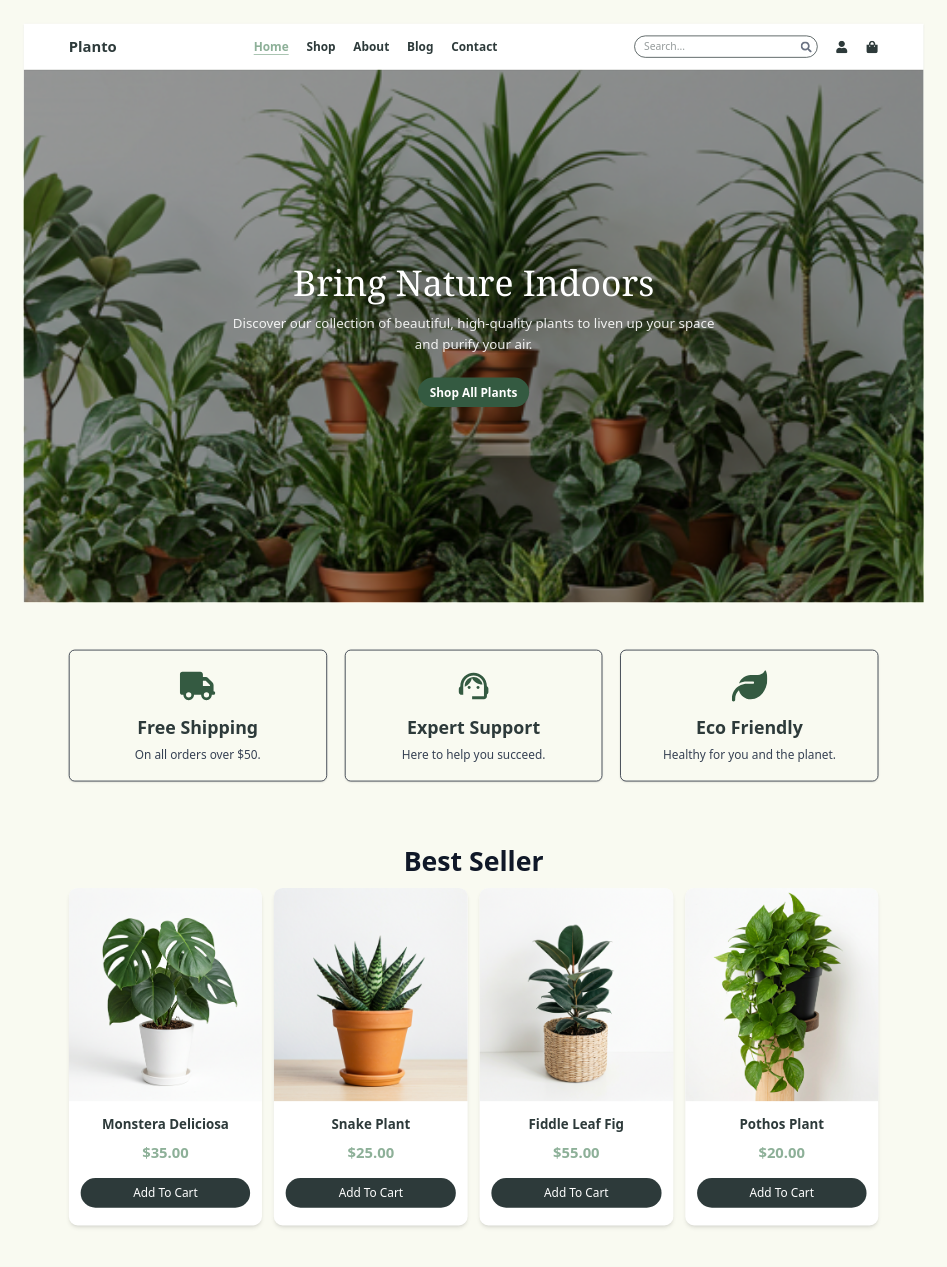
Repository: mazenessam99/Planto
Page: /
An editor plug-in stored every save of this project. The page is shown before and after a run of saves, followed by the edit.
The browser window is 1280 px wide. The pictures show the whole page, at 74% of full size.
The project was rebuilt for these pictures with package versions that can differ from the ones it lists, and the page was loaded fresh each time. Also part of the build but not shown: vite.config.js.

Above is the page before, as saved 2025-11-22 23:24:56.

### index.html
<!doctype html>
<html lang="en">
  <head>
    <meta charset="UTF-8" />
    <link rel="icon" type="image/svg+xml" href="/vite.svg" />
    <meta name="viewport" content="width=device-width, initial-scale=1.0" />
    <title>plants_website</title>
  </head>
  <body>
    <div id="root"></div>
    <script type="module" src="/src/main.jsx"></script>
  </body>
</html>

### src/index.css
@import "tailwindcss";
@import "tailwindcss/theme" layer(theme);
@theme {
  --color-primary: #2D3A3A;
  --color-forest:#386641;
  --color-green:#345A41;
  --color-secondary: #8DB098;
  --color-Terracotta: #C27357;
  --color-sky:#B0D0D3;
  --font-cairo: "Cairo", sans-serif;
  --spacing-128: 32rem;
}

/* ----- BASE ----- */
@layer base {
  body {
    @apply  bg-[#F9FAF1] text-gray-900;
  }
}

/* ----- COMPONENTS ----- */
@layer components {
  .btn {
    @apply bg-primary text-white px-4 py-2 rounded-full cursor-pointer ;
  }
  .btn-green{
    @apply bg-green ;
  }

  .card {
    @apply bg-white p-6 rounded-xl shadow;
  }

}
/* Scrollbar width */
::-webkit-scrollbar {
  width: 8px;
}

/* Scrollbar track  */
::-webkit-scrollbar-track {
  background: #2D3A3A;
  border-radius: 8px;
}

/* Scrollbar thumb  */
::-webkit-scrollbar-thumb {
  background-color: #8DB098;
  border-radius: 8px;
}

::-webkit-scrollbar-thumb:hover {
  background-color: #789983;
}

.container{
  width:90%;
  margin:0 auto;
}

### src/App.jsx

import './App.css'
import Button from './components/ui/Button'
import Home from './pages/Home'

function App() {


  return (
    <>
      <Home/>


    </>
  )
}

export default App

### src/components/ui/Button.jsx
const Button = ({ children, className = "",variant="", ...props }) => {
    return (
        <button className={`btn btn-${variant} ${className}`} {...props}>
            {children}
        </button>
    )
}

export default Button

### src/pages/Home.jsx
import BestSeller from '../components/layout/BestSeller'
import DeliveryCard from '../components/layout/DeliveryCard'
import Hero from '../components/layout/Hero'
import Navbar from '../components/layout/Navbar'

const Home = () => {
  return (
    <div>
        <Navbar/>
        <Hero/>
        <DeliveryCard/>
        <BestSeller/>
    </div>
  )
}

export default Home

### src/components/layout/BestSeller.jsx
import React from 'react'
import { BESTSELLER_CARDS } from '../../utils/constants';
import ProductCard from '../ui/ProductCard';

const BestSeller = () => {
  return (
    <section className='container py-6'>
        <h2 className="text-4xl text-center font-bold mb-4">Best Seller</h2>
        <div className='grid grid-cols-1 sm:grid-cols-2 lg:grid-cols-4 gap-4'>
            {BESTSELLER_CARDS.map((card,index)=>(
                <ProductCard src={card.src} title={card.title} price={card.price}/>
        ))}
        </div>

    </section>
  )
}

export default BestSeller;

### src/components/layout/DeliveryCard.jsx
import { motion } from "framer-motion";
import { DELIVERY_CARDS } from "../../utils/constants";
import { FaTruck, FaLeaf } from "react-icons/fa6";
import { MdSupportAgent } from "react-icons/md";

const icons = {
  truck: <FaTruck />,
  support: <MdSupportAgent />,
  leaf: <FaLeaf />,
};

const DeliveryCards = () => {
  return (
    <section className="container py-16">
      <div className="grid grid-cols-1 sm:grid-cols-2 lg:grid-cols-3 gap-6">
        {DELIVERY_CARDS.map((card, index) => (
          <div key={card.id} className="flex flex-col items-center justify-center text-center p-6 border rounded-lg shadow hover:shadow-lg  transition">
            <div className="text-5xl text-green">
              {icons[card.icon]}
            </div>
            <h3 className="mt-4 mb-2 font-bold text-xl md:text-2xl text-primary">{card.title}</h3>
            <p className="text-gray-700 ">{card.desc}</p>
          </div>
        ))}

      </div>
    </section>
  );
};

export default DeliveryCards;

### src/components/layout/Hero.jsx
import { motion } from "framer-motion";
import HeroImg from "../../assets/images/Hero.png";
import Button from "../ui/Button";

const Hero = () => {
  return (
    <section
      className="relative h-screen overflow-hidden"
    >

      <motion.div
        className="absolute inset-0 bg-cover bg-center"
        style={{ backgroundImage: `url(${HeroImg})` }}
        animate={{ scale: [1, 1.05, 1] }}
        transition={{ duration: 10, repeat: Infinity, ease: "easeInOut" }}
      />

      {/* Overlay */}
      <div className="absolute inset-0 bg-black/40"></div>

      <div className="relative z-10 flex flex-col items-center justify-center h-full px-4 md:px-0 space-y-4 text-center">
        <motion.h1
          initial={{ y: -20, opacity: 0 }}
          animate={{ y: 0, opacity: 1 }}
          transition={{ duration: 0.8 }}
          className="text-white text-2xl md:text-4xl lg:text-5xl font-serif"
        >
          Bring Nature Indoors
        </motion.h1>

        <motion.h2
          initial={{ y: 20, opacity: 0 }}
          animate={{ y: 0, opacity: 1 }}
          transition={{ duration: 0.8, delay: 0.3 }}
          className="text-white/90 text-sm md:text-base lg:text-lg max-w-2xl font-normal"
        >
          Discover our collection of beautiful, high-quality plants to liven up your space and purify your air.
        </motion.h2>

        <motion.div
          initial={{ scale: 0.8, opacity: 0 }}
          animate={{ scale: 1, opacity: 1 }}
          transition={{ duration: 0.5, delay: 0.6 }}
        >
          <Button className="btn-green font-bold mt-4">Shop All Plants</Button>
        </motion.div>
      </div>
    </section>
  );
};

export default Hero;

### src/components/layout/Navbar.jsx
import { useState } from "react";
import { NavLink } from "react-router-dom";
import { NAVBAR_LINKS } from "../../utils/constants";
import { FaBars, FaSearch, FaUser, FaShoppingBag } from "react-icons/fa";
import { IoClose } from "react-icons/io5";
import { motion, AnimatePresence } from "framer-motion";

const Navbar = () => {
    const [menuOpen, setMenuOpen] = useState(false);

    return (
        <nav className="bg-white shadow sticky top-0 z-50 ">
            <div className="container flex justify-between items-center py-4">
                {/* Logo */}
                <a href="/" className="text-primary text-xl font-bold">Planto</a>

                {/* Desktop Links */}
                <ul className="hidden md:flex gap-6 items-center">
                    {NAVBAR_LINKS.map((link) => (
                        <li key={link.id}>
                            <NavLink
                                to={link.path}
                                className={({ isActive }) =>
                                    `text-primary font-semibold transition hover:text-secondary
                                ${isActive ? "text-secondary underline underline-offset-4" : ""}`
                                }
                            >
                                {link.label}
                            </NavLink>
                        </li>
                    ))}
                </ul>

                {/* Desktop Icons + Search */}
                <div className="hidden md:flex gap-6 items-center text-primary">
                    {/* Search input */}
                    <div className="relative">
                        <input
                            type="text"
                            placeholder="Search..."
                            className="border rounded-full pl-3 pr-8 py-1 text-sm focus:outline-none focus:ring-2 focus:ring-secondary"
                        />
                        <FaSearch size={15} className="absolute right-2 top-2 text-gray-500" />
                    </div>

                    <FaUser size={17} className="cursor-pointer hover:text-secondary" />
                    <FaShoppingBag size={17} className="cursor-pointer hover:text-secondary" />
                </div>

                {/* Mobile menu button */}
                <button
                    className="md:hidden text-primary"
                    onClick={() => setMenuOpen(true)}
                    aria-label="Open menu"
                    aria-expanded={menuOpen}
                >
                    <FaBars size={22} />
                </button>
            </div>

            {/* Mobile overlay + drawer (AnimatePresence for exit animation) */}
            <AnimatePresence>
                {menuOpen && (
                    <motion.div
                        className="md:hidden fixed inset-0 z-40"
                        initial={{ opacity: 0 }}
                        animate={{ opacity: 1 }}
                        exit={{ opacity: 0 }}
                        onClick={() => setMenuOpen(false)}
                    >
                        {/* Drawer */}
                        <motion.div
                            className="bg-white w-72 h-full shadow-lg p-6"
                            initial={{ x: "-100%" }}
                            animate={{ x: 0 }}
                            exit={{ x: "-100%" }}
                            transition={{ type: "linear", duration: 0.4 }}
                            onClick={(e) => e.stopPropagation()}
                        >
                            {/* Close */}
                            <div className="flex justify-between items-center mb-6">
                                <a href="/" className="text-lg font-bold text-primary">Planto</a>
                                <button onClick={() => setMenuOpen(false)} aria-label="Close menu">
                                    <IoClose size={26} className="text-primary" />
                                </button>
                            </div>

                            {/* Mobile Search */}
                            <div className="mb-4">
                                <div className="relative">
                                    <input
                                        type="text"
                                        placeholder="Search..."
                                        className="w-full border rounded-full pl-3 pr-8 py-2 text-sm focus:outline-none focus:ring-2 focus:ring-secondary"
                                    />
                                    <FaSearch size={15} className="absolute right-3 top-3 text-gray-500" />
                                </div>
                            </div>

                            {/* Links */}
                            <ul className="flex flex-col gap-4 text-primary font-semibold">
                                {NAVBAR_LINKS.map((link) => (
                                    <li key={link.id}>
                                        <NavLink
                                            to={link.path}
                                            onClick={() => setMenuOpen(false)}
                                            className={({ isActive }) =>
                                                `block py-2 ${isActive ? "text-secondary" : ""}`
                                            }
                                        >
                                            {link.label}
                                        </NavLink>
                                    </li>
                                ))}
                            </ul>

                            {/* Icons */}
                            <div className="flex gap-4 mt-6 text-primary">
                                <FaUser size={18} />
                                <FaShoppingBag size={18} />
                            </div>
                        </motion.div>
                    </motion.div>
                )}
            </AnimatePresence>
        </nav>
    );
};

export default Navbar;

### src/utils/constants.js
import img1 from "../../src/assets/images/Featured_1.png";
import img2 from "../../src/assets/images/Featured_2.png";
import img3 from "../../src/assets/images/Featured_3.png";
import img4 from "../../src/assets/images/Featured_4.png";
// Navbar_Links
export const NAVBAR_LINKS = [
    { id: 1, label: 'Home', path: '/' },
    { id: 2, label: 'Shop', path: '/shop' },
    { id: 3, label: 'About', path: '/about' },
    { id: 4, label: 'Blog', path: '/blog' },
    { id: 5, label: 'Contact', path: '/contact' },
];

// Delivery_Cards
export const DELIVERY_CARDS = [
    { id: 1, icon: "truck", title: "Free Shipping", desc: "On all orders over $50." },
    { id: 2, icon: "support", title: "Expert Support", desc: "Here to help you succeed." },
    { id: 3, icon: "leaf", title: "Eco Friendly", desc: "Healthy for you and the planet." },
];

// BESTSELLER_CARDS
export const BESTSELLER_CARDS=[
    {id:1,src:img1,title:'Monstera Deliciosa',price:'$35.00'},
    {id:2,src:img2,title:'Snake Plant',price:'$25.00'},
    {id:3,src:img3,title:'Fiddle Leaf Fig',price:'$55.00'},
    {id:4,src:img4,title:'Pothos Plant',price:'$20.00'}
]

### src/components/ui/ProductCard.jsx
import Button from "./Button";

const ProductCard = ({src,title,price,showButton=true,buttonText='Add To Cart'}) => {
  return (
    <div className="bg-white rounded-xl shadow-md overflow-hidden flex flex-col hover:shadow-xl transition-all">
      <div className="w-full h-72  ">
        <img src={src} className="w-full h-full object-cover hover:scale-110 transition duration-500" alt={title}/>
      </div>
      <div className="p-4 flex flex-col gap-3">
        <h3 className="text-lg font-semibold text-primary">{title}</h3>
      <p className="font-bold text-xl text-secondary">{price}</p>
      {showButton&&(
        <Button className="my-2">
          {buttonText}
        </Button>
      )}
      </div>

    </div>
  )
}

export default ProductCard;

Loaded but not shown: src/main.jsx (common file); src/App.css (common file)

After the next 2 saves:
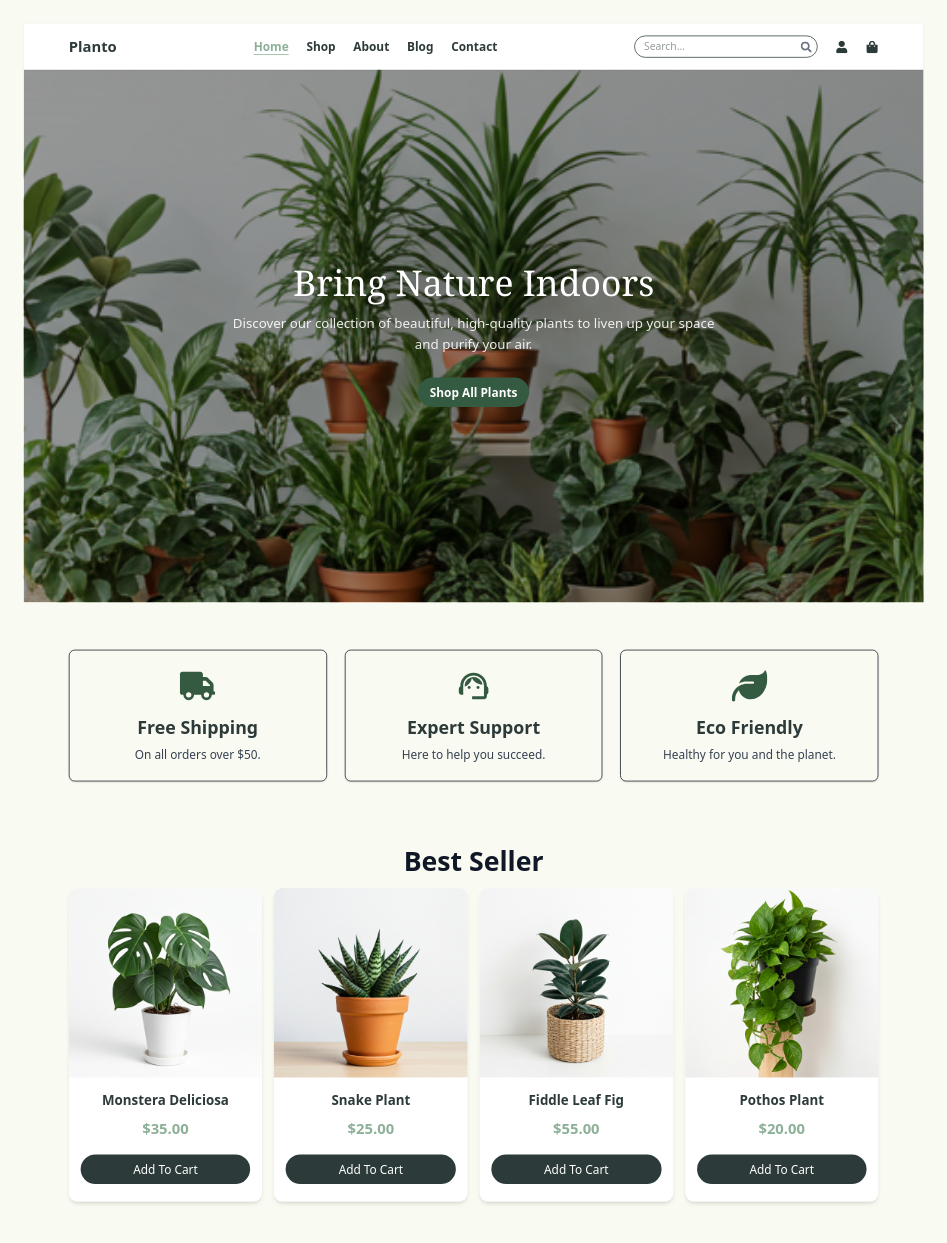
The 2 saves are shown as one change because they came seconds apart.
The last was saved 49 s later.
--- a/src/components/ui/ProductCard.jsx
+++ b/src/components/ui/ProductCard.jsx
@@ -3,7 +3,7 @@ import Button from "./Button";
 const ProductCard = ({src,title,price,showButton=true,buttonText='Add To Cart'}) => {
   return (
     <div className="bg-white rounded-xl shadow-md overflow-hidden flex flex-col hover:shadow-xl transition-all">
-      <div className="w-full h-72  ">
+      <div className="w-full h-64  ">
         <img src={src} className="w-full h-full object-cover hover:scale-110 transition duration-500" alt={title}/>
       </div>
       <div className="p-4 flex flex-col gap-3">
